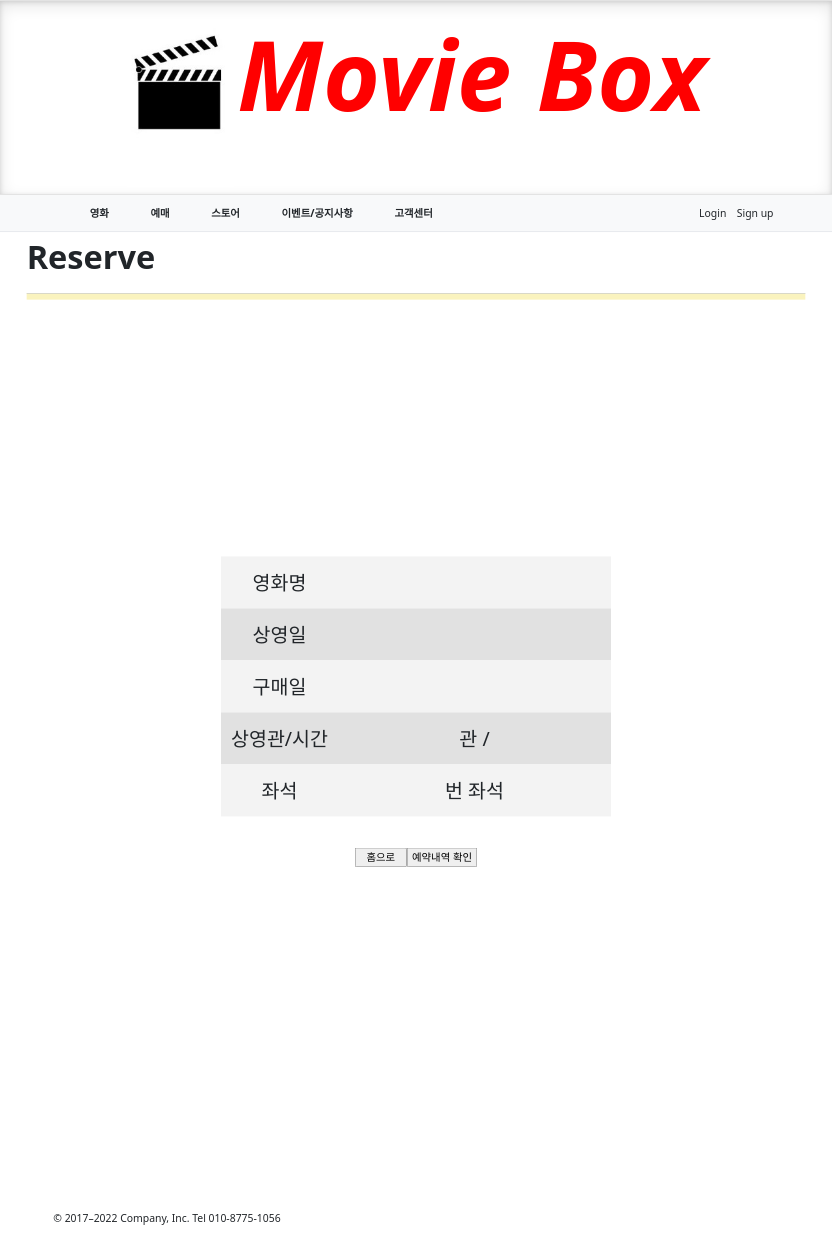
Repository: SpearManCN/MovieBox-2nd-Project-
Page: http://localhost/prj_01/WEB-INF/views/reserveInfo.jsp
An editor plug-in stored every save of this project. The page is shown before and after the next save, followed by the edit.
The browser window is 1280 px wide. The pictures show the whole page, at 65% of full size.
The page is served by Tomcat 9. Nobody is signed in. Other server files are loaded and not shown. The template is opened directly, without the code that normally fills it, so the values that code supplies are empty.

Above is the page before, as saved 2022-12-20 12:54:16.

### Second project/prj_01/src/main/webapp/WEB-INF/views/reserveInfo.jsp
<%@ page language="java" contentType="text/html; charset=UTF-8"
    pageEncoding="UTF-8"%>
        <%@taglib prefix="c" uri="http://java.sun.com/jsp/jstl/core" %>
<!DOCTYPE html>
<html>
<head>
<meta name="viewport" content="width=device-width, initial-scale=1">
<meta charset="UTF-8">
<link href="https://cdn.jsdelivr.net/npm/bootstrap@5.2.3/dist/css/bootstrap.min.css" rel="stylesheet" integrity="sha384-rbsA2VBKQhggwzxH7pPCaAqO46MgnOM80zW1RWuH61DGLwZJEdK2Kadq2F9CUG65" crossorigin="anonymous">
<script src="/js/jquery-1.11.0.min.js"></script>

<script>
	$(function(){
		var seatStatus = "${requestScope.seatInfo}";


		for(var i=1; i<26; i++){
			if(seatStatus.charAt(i-1)=="0"){
				$("[name=s"+i+"]").css("background-color","red");
				$("[name=selSeat]").append("<option value="+i+">"+i+"</option>");
			}

		}return;



	});



</script>



























</head>
<body>
<%@include file="/WEB-INF/views/commonHeader.jsp" %>

<center>
<table width="1200px">
	<tr>
	<td align="left"><span style="font-size:50px; font-weight:bold;">Reserve</span>
	<tr>
	<td><hr style="height:10px; background-color:#EDD200;">
	<tr>
</table>
</center>
<br>
<br>






<table align="center" width="600px">
 <tr><td  height="330px" colspan="2"></td>
 </tr>
 <tr bgcolor="#F3F3F3" height="80px"><td align="center" width="30%" style="font-size:30px;">영화명</td><td align="center" style="font-size:30px;">${requestScope.reserveInfo["MOVIENAME"]}</td>
</tr>
 <tr bgcolor="#E1E1E1" height="80px"><td align="center" style="font-size:30px;">상영일</td><td align="center" style="font-size:30px;">${requestScope.reserveInfo["SHOWDATE"]}</td>
</tr>
 <tr bgcolor="#F3F3F3" height="80px"><td align="center" style="font-size:30px;">구매일</td><td align="center" style="font-size:30px;">${requestScope.reserveInfo["BUYDATE"]}</td>
</tr>
 <tr bgcolor="#E1E1E1" height="80px"><td align="center" style="font-size:30px;">상영관/시간</td><td align="center" style="font-size:30px;">${requestScope.reserveInfo["THEATERNO"]}관 / ${requestScope.reserveInfo["STARTTIME"]}</td>
</tr>
<tr bgcolor="#F3F3F3" height="80px"><td align="center" style="font-size:30px;">좌석</td><td align="center" style="font-size:30px;">${requestScope.reserveInfo["SEATNO"]}번 좌석</td>
</tr>
</table>
<br><br>
<div align="center">
<input align="center" style="width:80px; height:30px" type="button" value="홈으로"><input aling="center" type="button" value="예약내역 확인">
</div>
<br><br><br><br><br><br><br><br>
















<%@include file="/WEB-INF/views/commonFooter.jsp" %>
</body>
</html>

### Second project/prj_01/src/main/webapp/WEB-INF/views/commonHeader.jsp
<%@ page language="java" contentType="text/html; charset=UTF-8"
    pageEncoding="UTF-8"%>



<script src="/js/jquery-1.11.0.min.js"></script>
<script>
function goLogin(){document.commonForm.action="/loginForm.do";document.commonForm.submit(); }
function goLoginJoin(){document.commonForm.action="/loginJoinForm.do";document.commonForm.submit();}
function goMyPage(){document.commonForm.action="/myPageHome.do";document.commonForm.submit(); }
function goMainForm(){document.commonForm.action="/mainForm.do";document.commonForm.submit(); }
function goLogout(){
	if(confirm("로그아웃 하시겠습니까?")){
		document.commonForm.action="/logout.do";document.commonForm.submit();
	}

	 }

</script>

<form name="commonForm" method="post"></form>
<div style="height:300px; background-color: white; border-width: 1px 0;
        box-shadow: inset 0 .5em 1.5em rgba(0, 0, 0, .1), inset 0 .125em .5em rgba(0, 0, 0, .15);         border: solid rgba(0, 0, 0, .15);
        border-width: 1px 0;" class="b-example-divider" align="center" >

 <span style="cursor:pointer" onclick="goMainForm();"><img src="resources/img/movieBox2.jpg" >
 <Span  style="font-size: 150px; color:red; font-weight: bold ; font-style: italic;" >Movie Box</Span>

 </span></div>

  <nav class="py-2 bg-light border-bottom">
    <div class="container d-flex flex-wrap">
      <ul class="nav me-auto">
      <li class="nav-item">&emsp;&emsp;&emsp;</li>
        <li class="nav-item"><a href="movieHome.do" class="nav-link link-dark px-2 active" aria-current="page" style="font-weight: bold ;" >영화</a></li>
         <li class="nav-item">&emsp;&emsp;&emsp;</li>
        <li class="nav-item"><a href="reserveForm.do" class="nav-link link-dark px-2" style="font-weight: bold ;">예매</a></li>
         <li class="nav-item">&emsp;&emsp;&emsp;</li>
        <li class="nav-item"><a href="/storeForm.do" class="nav-link link-dark px-2" style="font-weight: bold ;">스토어</a></li>
         <li class="nav-item">&emsp;&emsp;&emsp;</li>
        <li class="nav-item"><a href="/eventForm.do" class="nav-link link-dark px-2" style="font-weight: bold ;">이벤트/공지사항</a></li>
          <li class="nav-item">&emsp;&emsp;&emsp;</li>
        <li class="nav-item"><a href="/serviceForm.do" class="nav-link link-dark px-2" style="font-weight: bold ;">고객센터</a></li>

       </ul>
      <ul class="nav">

      		<%
      		if(session.getAttribute("memNo")==null){session.setAttribute("memNo",0);}
			int memNo = (int)session.getAttribute("memNo");
			if(memNo==0){	%>
        <li class="nav-item"><span class="nav-link link-dark px-2" style="cursor:pointer" onclick="goLogin();">Login</span></li>
			        <li class="nav-item"><span class="nav-link link-dark px-2" style="cursor:pointer" onclick="goLoginJoin();">Sign up</span></li>

			<%}else if(memNo==1){%>
			        <li class="nav-item"><span class="nav-link link-dark px-2" style="cursor:pointer" onclick="goAdmin();">AdminPage</span></li>

    				   <li class="nav-item"><span class="nav-link link-dark px-2" style="cursor:pointer" onclick="goLogout();">Logout</span></li>

			<%}else {%>
			      <li class="nav-item"><span class="nav-link link-dark px-2" style="cursor:pointer" onclick="goMyPage();">My Page</span></li>
    				   <li class="nav-item"><span class="nav-link link-dark px-2" style="cursor:pointer" onclick="goLogout();">Logout</span></li>
 				<%}
		%>






      </ul>
    </div>
  </nav>

### Second project/prj_01/src/main/webapp/WEB-INF/views/commonFooter.jsp
<%@ page language="java" contentType="text/html; charset=UTF-8"
    pageEncoding="UTF-8"%>
<!--====================================================================-->


<br>
<br><br><br><br><br><br><br><br><br><br><br>
<br><br>

  <footer class="container">
    <p class="float-end"></p>
    <p>&copy; 2017–2022 Company, Inc. Tel 010-8775-1056 </p>
  </footer>

<script src="https://cdn.jsdelivr.net/npm/bootstrap@5.2.3/dist/js/bootstrap.bundle.min.js" integrity="sha384-kenU1KFdBIe4zVF0s0G1M5b4hcpxyD9F7jL+jjXkk+Q2h455rYXK/7HAuoJl+0I4" crossorigin="anonymous"></script>

Loaded but not shown: Second project/prj_01/src/main/resources/static/js/jquery-1.11.0.min.js (library)

After the next save:
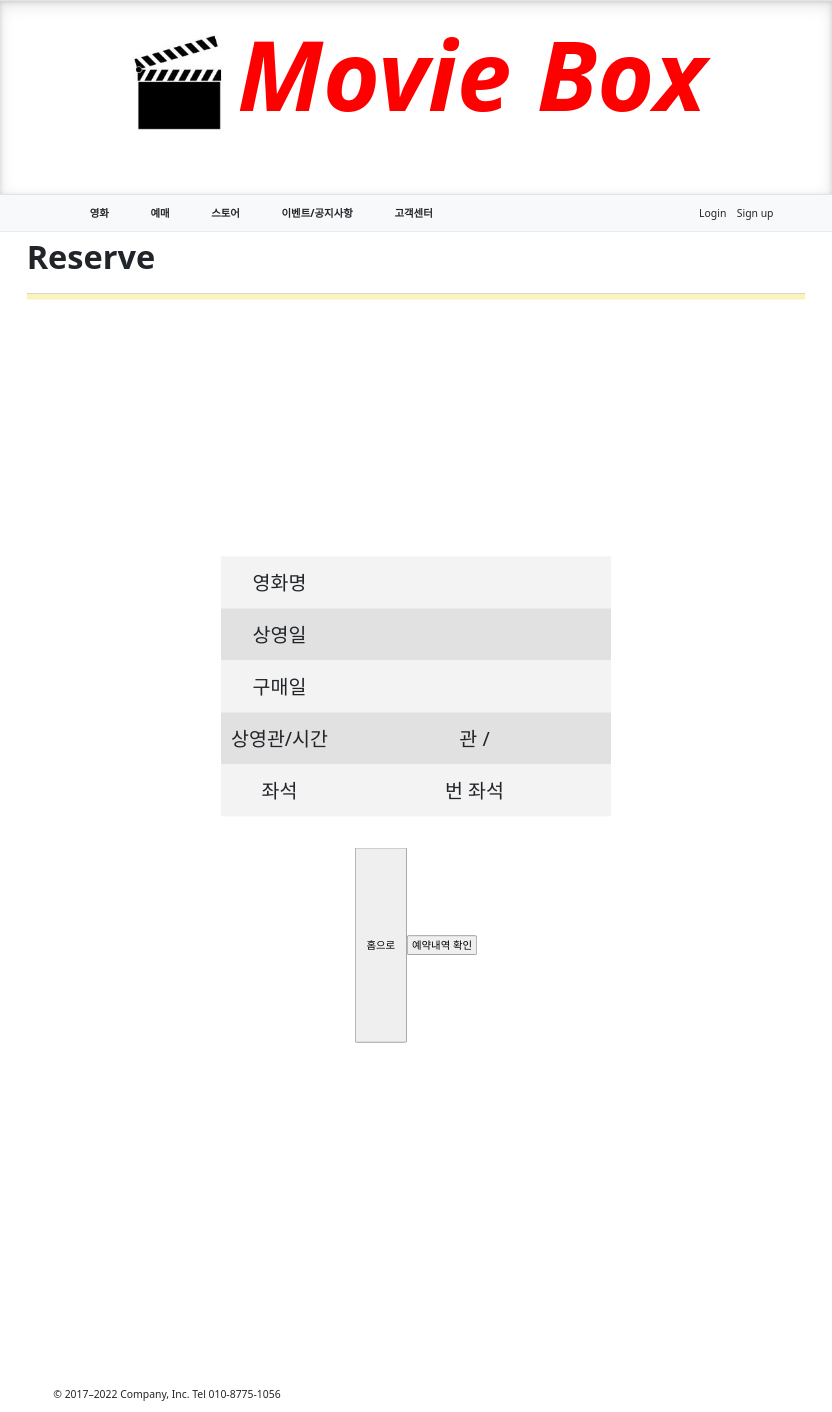
Saved 5 s later.
--- a/Second project/prj_01/src/main/webapp/WEB-INF/views/reserveInfo.jsp
+++ b/Second project/prj_01/src/main/webapp/WEB-INF/views/reserveInfo.jsp
@@ -93,7 +93,7 @@
 </table>
 <br><br>
 <div align="center">
-<input align="center" style="width:80px; height:30px" type="button" value="홈으로"><input aling="center" type="button" value="예약내역 확인">
+<input align="center" style="width:80px; height:300px" type="button" value="홈으로"><input aling="center" type="button" value="예약내역 확인">
 </div>
 <br><br><br><br><br><br><br><br>
 

After the 2 saves that followed:
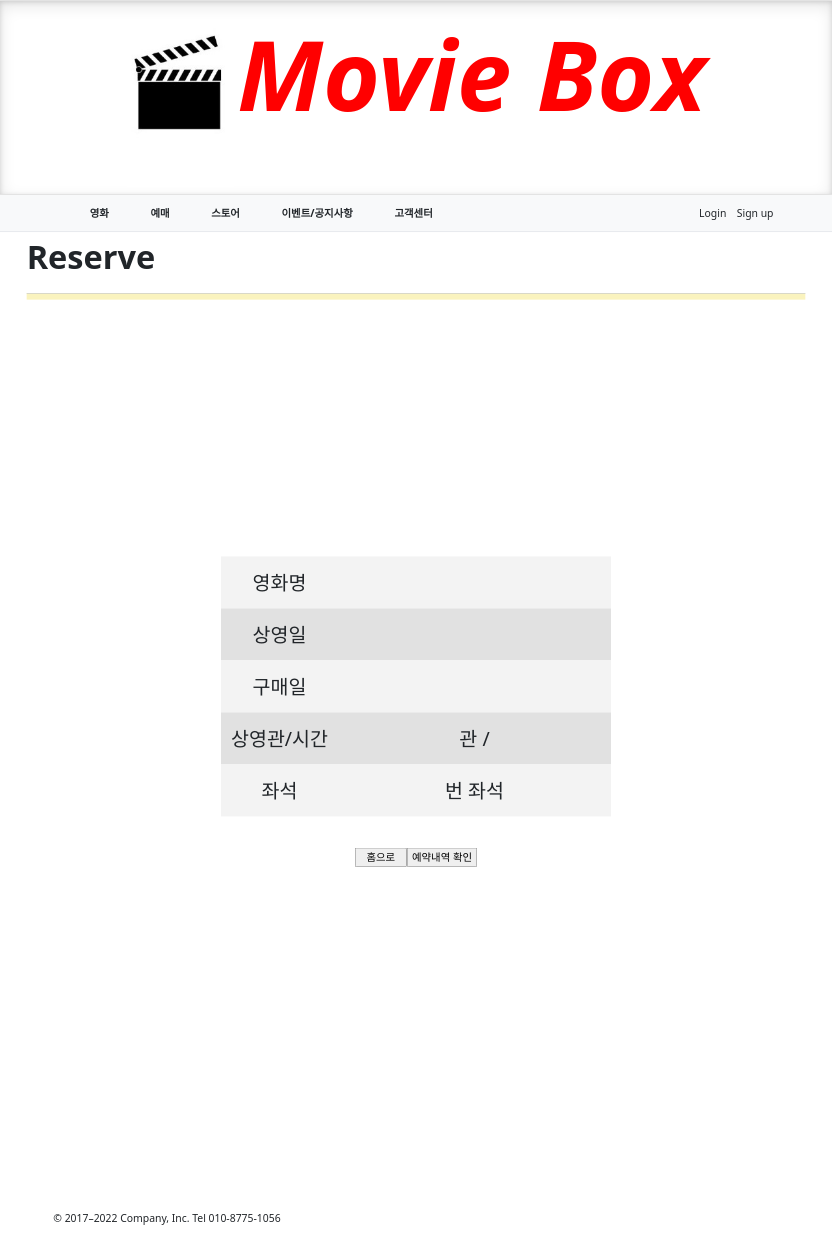
The 2 saves are shown as one change because 1 left the picture as it was.
The last was saved 28 s later.
--- a/Second project/prj_01/src/main/webapp/WEB-INF/views/reserveInfo.jsp
+++ b/Second project/prj_01/src/main/webapp/WEB-INF/views/reserveInfo.jsp
@@ -92,8 +92,8 @@
 </tr>
 </table>
 <br><br>
-<div align="center">
-<input align="center" style="width:80px; height:300px" type="button" value="홈으로"><input aling="center" type="button" value="예약내역 확인">
+<div align="center" height="400px">
+<input align="center" style="width:80px; height:30px" type="button" value="홈으로"><input aling="center" type="button" value="예약내역 확인">
 </div>
 <br><br><br><br><br><br><br><br>
 
